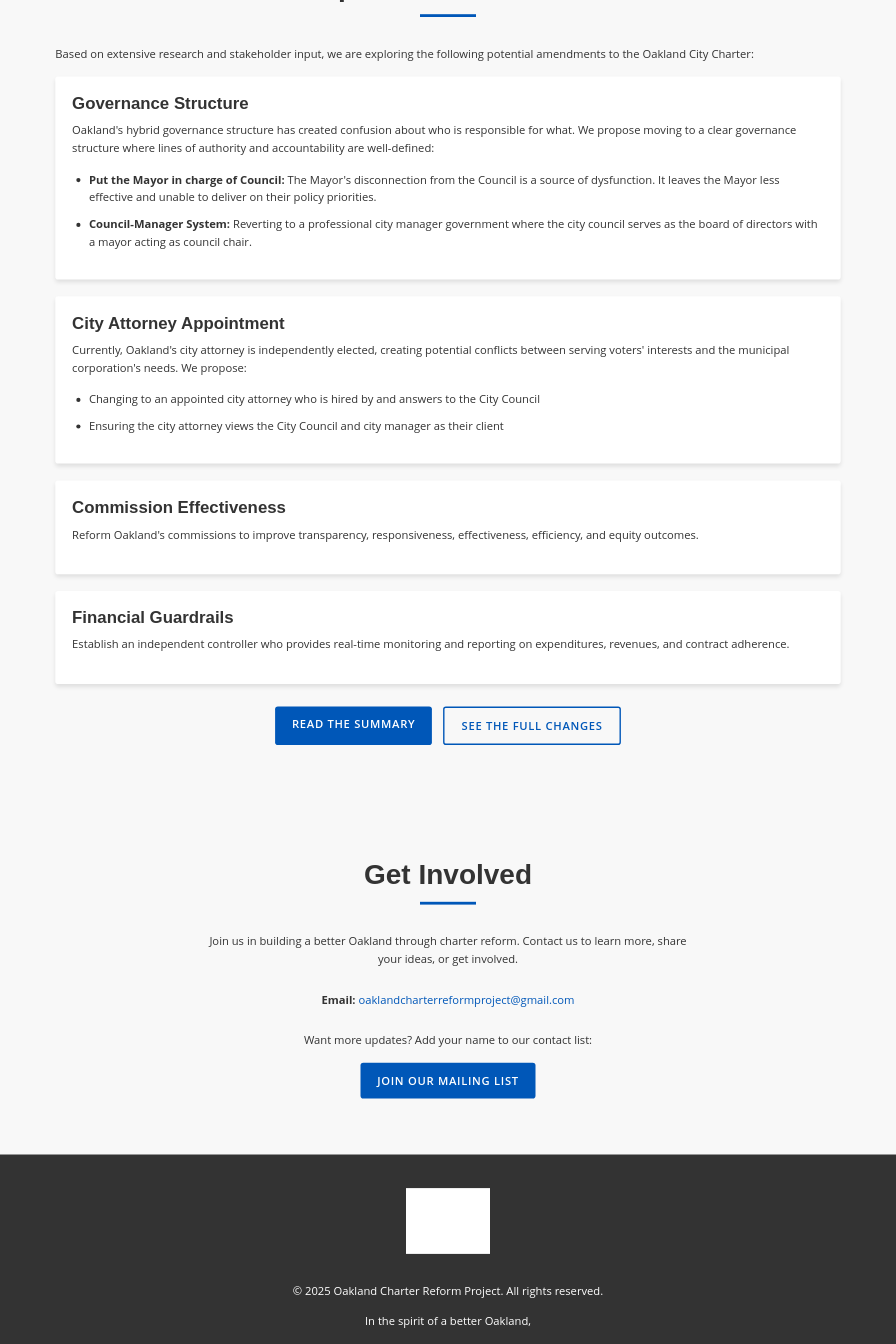
Repository: bgould132/oaklandcharterreform
Page: index.html
These files come from the project's save history. The page is drawn as it stood at one moment and after the next save; the edit follows.
The browser window is 1280 px wide. The pictures show the part of the page from y = 3376 to 5296 px (the page is 5581 px tall before and 5633 px after), at 70% of full size.

Above is the page before, as saved 2025-04-07 10:12:51.

After the next save:
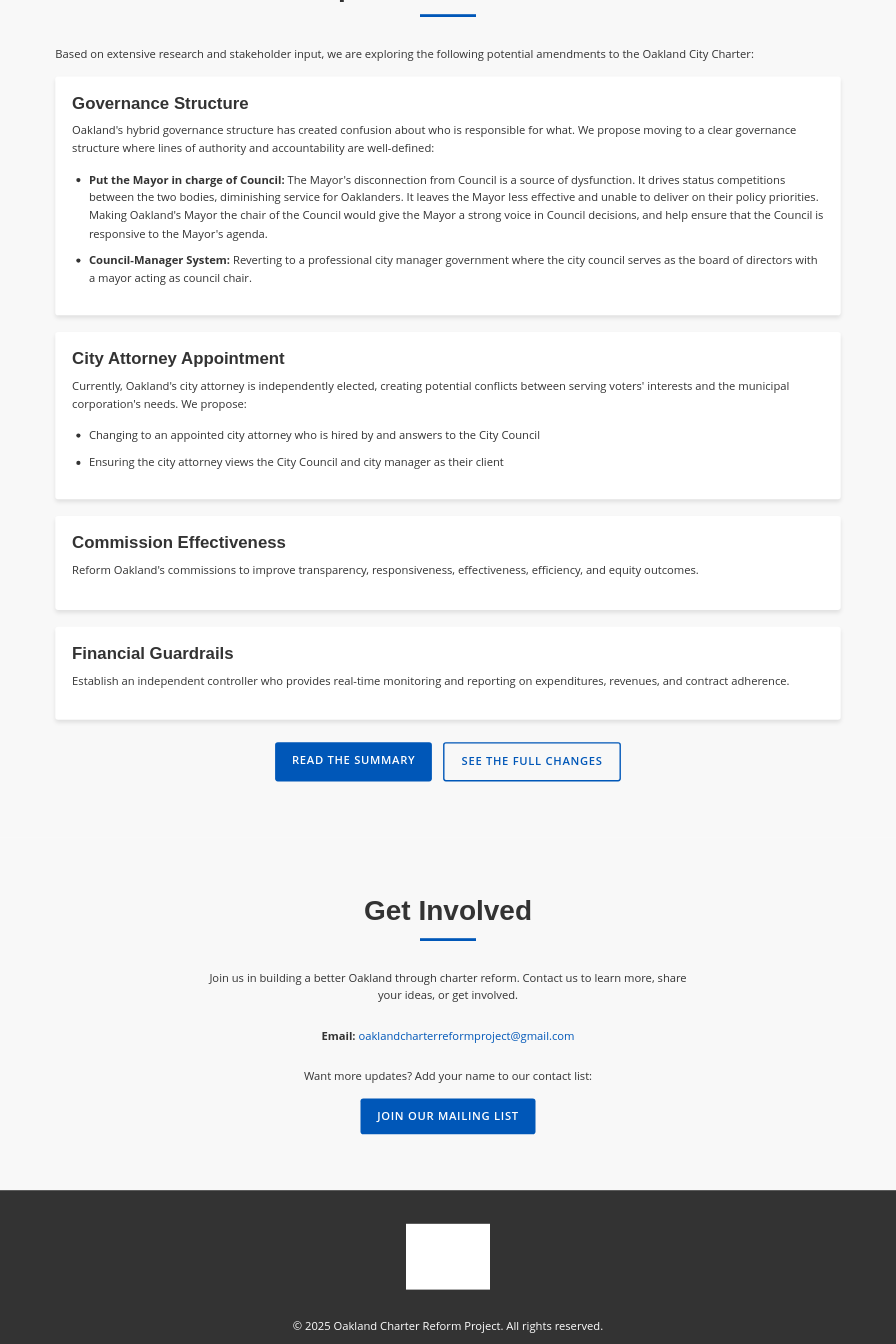
Saved 3 s later.
--- a/index.html
+++ b/index.html
@@ -185,7 +185,7 @@
                             <h3>Governance Structure</h3>
                             <p>Oakland's hybrid governance structure has created confusion about who is responsible for what. We propose moving to a clear governance structure where lines of authority and accountability are well-defined:</p>
                             <ul class="amendment-list">
-                                <li><strong>Put the Mayor in charge of Council:</strong> The Mayor's disconnection from the Council is a source of dysfunction. It leaves the Mayor less effective and unable to deliver on their policy priorities.</li>
+                                <li><strong>Put the Mayor in charge of Council:</strong> The Mayor's disconnection from Council is a source of dysfunction. It drives status competitions between the two bodies, diminishing service for Oaklanders. It leaves the Mayor less effective and unable to deliver on their policy priorities. Making Oakland's Mayor the chair of the Council would give the Mayor a strong voice in Council decisions, and help ensure that the Council is responsive to the Mayor's agenda.</li>
                                 <li><strong>Council-Manager System:</strong> Reverting to a professional city manager government where the city council serves as the board of directors with a mayor acting as council chair.</li>
                             </ul>
                         </div>
